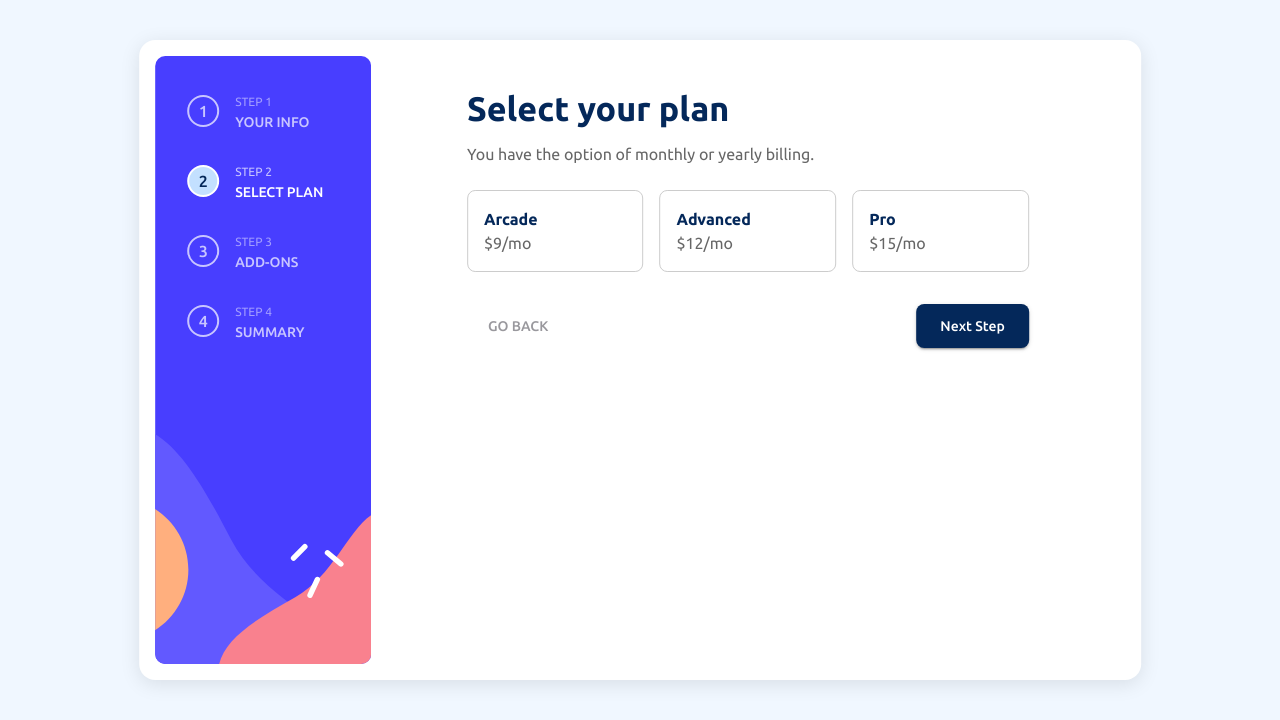
Repository: ozerrrs/chalange7days
Page: / (app in 7dayschalange/7dayschallange/), after clicking the first element matching `button.MuiButtonBase-root`
An editor plug-in stored every save of this project. The page is shown before and after the next save, followed by the edit.
The browser window is 1280 px wide. The pictures show the whole page.
The project was rebuilt for these pictures with package versions that can differ from the ones it lists, and the page was loaded fresh each time. Also part of the build but not shown: 7dayschalange/7dayschallange/vite.config.js.

Above is the page before, as saved 2025-03-05 15:19:14.

### 7dayschalange/7dayschallange/src/main.jsx
import * as React from "react";
import * as ReactDOM from "react-dom/client";
import { ThemeProvider } from "@mui/material/styles";
import { CssBaseline } from "@mui/material";
import theme from "./theme/theme";
import App from "./App";
import "./index.css";
ReactDOM.createRoot(document.getElementById("root")).render(
  <React.StrictMode>
    <ThemeProvider theme={theme}>
      <CssBaseline />
      <App />
    </ThemeProvider>
  </React.StrictMode>
);

### 7dayschalange/7dayschallange/src/theme/theme.jsx
import { createTheme } from "@mui/material/styles";

const theme = createTheme({
  typography: {
    fontFamily: "'Ubuntu', sans-serif",
    h4: {
      fontWeight: 700,
    },
    h2: {
      fontWeight: 500,
    },
  },
  components: {
    MuiCssBaseline: {
      styleOverrides: `
        body {
          background-color: #f0f7ff;
        }
      `,
    },
  },
});

export default theme;

### 7dayschalange/7dayschallange/src/App.jsx
import { Routes, Route, BrowserRouter } from "react-router-dom";
import FirstPage from "./pages/firstPage";
import "@fontsource/ubuntu/400.css"; // Regular
import "@fontsource/ubuntu/500.css"; // Medium
import "@fontsource/ubuntu/700.css"; // Bold
function App() {
  return (
    <BrowserRouter>
      <Routes>
        <Route path="/" element={<FirstPage />} />
        {/* <Route path="/about" element={<About />} />
          <Route path="/login" element={<Login />} />
          <Route path="/register" element={<Register />} /> */}
      </Routes>
    </BrowserRouter>
  );
}
export default App;

### 7dayschalange/7dayschallange/src/index.css
#root {
  height: 100vh;
  width: 100vw;
  background-color: #f0f7ff;
}

### 7dayschalange/7dayschallange/src/pages/firstPage.jsx
import React, { useState } from "react";
import {
  Box,
  TextField,
  Typography,
  Button,
  Stepper,
  Step,
  StepLabel,
  Paper,
  Container,
  Grid,
  CssBaseline,
} from "@mui/material";
import { styled, ThemeProvider } from "@mui/material/styles";
// Import the background image for the sidebar
import backgroundNav from "../assets/bg-sidebar-desktop.svg"; // Adjust the path as needed

const FormContainer = styled(Paper)(({ theme }) => ({
  padding: theme.spacing(2),
  borderRadius: 16,
  boxShadow: "0px 4px 20px rgba(0, 0, 0, 0.1)",
  display: "flex",
  overflow: "hidden",
  minWidth: 1000,
  minHeight: 640,
  margin: "0 auto",
  position: "absolute",
  top: "50%",
  left: "50%",
  transform: "translate(-50%, -50%)",
}));

const SideBar = styled(Box)(({ theme }) => ({
  padding: theme.spacing(4),
  borderRadius: "10px 10px 10px 10px",
  color: "white",
  width: 274,
  position: "relative",
  overflow: "hidden",
  background: "none",
  minHeight: 568,
}));

const ContentArea = styled(Box)(({ theme }) => ({
  paddingLeft: theme.spacing(12),
  paddingRight: theme.spacing(12),
  paddingTop: theme.spacing(4),
  paddingBottom: theme.spacing(4),
  width: "100%",
}));

const NextButton = styled(Button)(({ theme }) => ({
  backgroundColor: "#04285a",
  color: "white",
  borderRadius: 8,
  padding: "10px 24px",
  textTransform: "none", // This prevents uppercase text

  "&:hover": {
    backgroundColor: "#172b4d",
  },
}));
const StyledTextField = styled(TextField)(({ theme }) => ({
  marginBottom: theme.spacing(2),
  "& .MuiOutlinedInput-root": {
    borderRadius: "10px",
    "& fieldset": {
      borderRadius: "10px",
    },
  },
}));

const StepNumber = styled(Box)(({ theme, active }) => ({
  width: 32,
  height: 32,
  borderRadius: "50%",
  border: "2px solid white",
  display: "flex",
  alignItems: "center",
  justifyContent: "center",
  marginRight: theme.spacing(2),
  backgroundColor: active ? "#c3e0ff" : "transparent", // Blue background when active
  color: active ? "#04285a" : "white",
  fontWeight: 500,
}));

const StepItem = styled(Box)(({ theme, active }) => ({
  display: "flex",
  alignItems: "center",
  marginBottom: theme.spacing(3),
  opacity: active ? 1 : 0.7,
}));

const steps = [
  { label: "YOUR INFO", description: "Personal details" },
  { label: "SELECT PLAN", description: "Choose your plan" },
  { label: "ADD-ONS", description: "Add extra features" },
  { label: "SUMMARY", description: "Review your order" },
];

function MultiStepForm() {
  const [activeStep, setActiveStep] = useState(0);
  const [formData, setFormData] = useState({
    name: "",
    email: "",
    phone: "",
  });

  const handleInputChange = (e) => {
    const { name, value } = e.target;
    setFormData({
      ...formData,
      [name]: value,
    });
  };

  const handleNext = () => {
    setActiveStep((prevActiveStep) => prevActiveStep + 1);
  };

  const handleBack = () => {
    setActiveStep((prevActiveStep) => prevActiveStep - 1);
  };

  const getStepContent = (step) => {
    switch (step) {
      case 0:
        return (
          <Box>
            <Typography
              variant="h4"
              gutterBottom
              fontWeight="bold"
              sx={{ color: "#04285a" }}
            >
              Personal info
            </Typography>
            <Typography color="textSecondary" paragraph>
              Please provide your name, email address, and phone number.
            </Typography>

            <Box mt={3}>
              <Typography fontWeight={500} mb={1} sx={{ color: "#04285a" }}>
                Name
              </Typography>
              <StyledTextField
                fullWidth
                placeholder="e.g. Stephen King"
                name="name"
                value={formData.name}
                onChange={handleInputChange}
                variant="outlined"
              />

              <Typography fontWeight={500} mb={1} sx={{ color: "#04285a" }}>
                Email Address
              </Typography>

              <StyledTextField
                fullWidth
                placeholder="e.g. stephenking@lorem.com"
                name="email"
                value={formData.email}
                onChange={handleInputChange}
                variant="outlined"
              />

              <Typography fontWeight={500} mb={1} sx={{ color: "#04285a" }}>
                Phone Number
              </Typography>

              <StyledTextField
                fullWidth
                placeholder="e.g. +1 234 567 890"
                name="phone"
                value={formData.phone}
                onChange={handleInputChange}
                variant="outlined"
                sx={{ mb: 8 }}
              />
            </Box>
          </Box>
        );
      case 1:
        return (
          <Box>
            <Typography
              variant="h4"
              gutterBottom
              fontWeight="bold"
              sx={{ color: "#04285a" }}
            >
              Select your plan
            </Typography>
            <Typography color="textSecondary" paragraph>
              You have the option of monthly or yearly billing.
            </Typography>

            {/* Plan selection content will go here */}
            <Box mt={3} sx={{ display: "flex", gap: 2 }}>
              {/* Example plan cards would go here */}
              <Box
                sx={{
                  p: 2,
                  borderRadius: 2,
                  flex: 1,
                  border: "1px solid #ccc",
                }}
              >
                <Typography fontWeight="bold" sx={{ color: "#04285a" }}>
                  Arcade
                </Typography>
                <Typography color="textSecondary">$9/mo</Typography>
              </Box>

              <Box
                sx={{
                  p: 2,
                  borderRadius: 2,
                  flex: 1,
                  border: "1px solid #ccc",
                }}
              >
                <Typography fontWeight="bold" sx={{ color: "#04285a" }}>
                  Advanced
                </Typography>
                <Typography color="textSecondary">$12/mo</Typography>
              </Box>

              <Box
                sx={{
                  p: 2,
                  borderRadius: 2,
                  flex: 1,
                  border: "1px solid #ccc",
                }}
              >
                <Typography fontWeight="bold" sx={{ color: "#04285a" }}>
                  Pro
                </Typography>
                <Typography color="textSecondary">$15/mo</Typography>
              </Box>
            </Box>
          </Box>
        );
      case 2:
        return (
          <Box>
            <Typography
              variant="h4"
              gutterBottom
              fontWeight="bold"
              sx={{ color: "#04285a" }}
            >
              Pick add-ons
            </Typography>
            <Typography color="textSecondary" paragraph>
              Add-ons help enhance your gaming experience.
            </Typography>
          </Box>
        );
      case 3:
        return (
          <Box>
            <Typography
              variant="h4"
              gutterBottom
              fontWeight="bold"
              sx={{ color: "#04285a" }}
            >
              Summary
            </Typography>
            <Typography color="textSecondary" paragraph>
              Please confirm your selections.
            </Typography>
          </Box>
        );
      default:
        return "Unknown step";
    }
  };

  return (
    <FormContainer>
      <SideBar>
        <Box
          sx={{
            position: "absolute",
            top: 0,
            left: 0,
            width: "100%",
            height: "100%",
            zIndex: 0,
          }}
        >
          <img
            src={backgroundNav}
            alt="background"
            style={{ width: "100%", height: "100%", objectFit: "cover" }}
          />
        </Box>
        <Box sx={{ position: "relative", zIndex: 1 }}>
          {steps.map((step, index) => (
            <StepItem key={index} active={activeStep === index}>
              <StepNumber active={activeStep === index}>{index + 1}</StepNumber>

              <Box>
                <Typography variant="caption" sx={{ opacity: 0.7 }}>
                  STEP {index + 1}
                </Typography>
                <Typography variant="subtitle2">{step.label}</Typography>
              </Box>
            </StepItem>
          ))}
        </Box>
      </SideBar>

      <ContentArea>
        {getStepContent(activeStep)}

        <Box sx={{ display: "flex", justifyContent: "flex-end", mt: 4 }}>
          {activeStep !== 0 && (
            <Button onClick={handleBack} sx={{ mr: 45, color: "#99989d" }}>
              Go Back
            </Button>
          )}
          <NextButton variant="contained" onClick={handleNext}>
            Next Step
          </NextButton>
        </Box>
      </ContentArea>
    </FormContainer>
  );
}

export default MultiStepForm;

Loaded but not shown: 7dayschalange/7dayschallange/index.html (common file)

After the next save:
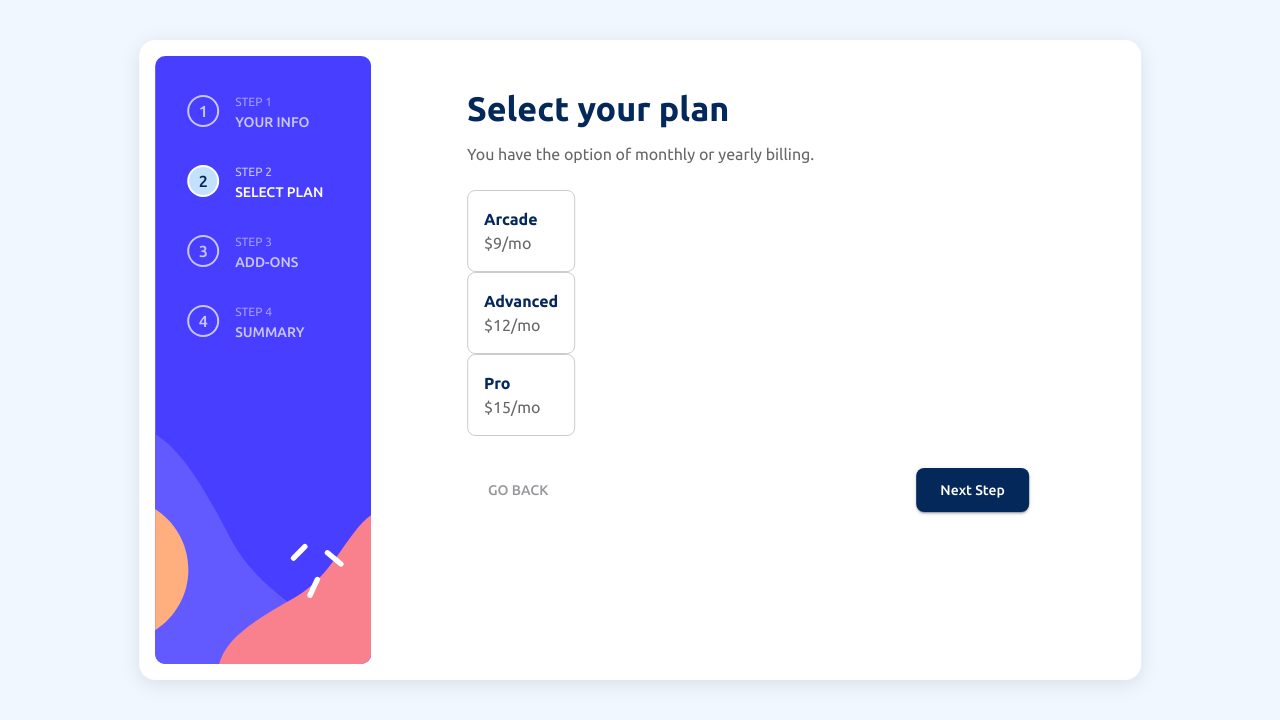
Saved 3 min 38 s later.
--- a/7dayschalange/7dayschallange/src/pages/firstPage.jsx
+++ b/7dayschalange/7dayschallange/src/pages/firstPage.jsx
@@ -11,6 +11,7 @@ import {
   Container,
   Grid,
   CssBaseline,
+  RadioGroup,
 } from "@mui/material";
 import { styled, ThemeProvider } from "@mui/material/styles";
 // Import the background image for the sidebar
@@ -200,47 +201,49 @@ function MultiStepForm() {
             {/* Plan selection content will go here */}
             <Box mt={3} sx={{ display: "flex", gap: 2 }}>
               {/* Example plan cards would go here */}
-              <Box
-                sx={{
-                  p: 2,
-                  borderRadius: 2,
-                  flex: 1,
-                  border: "1px solid #ccc",
-                }}
-              >
-                <Typography fontWeight="bold" sx={{ color: "#04285a" }}>
-                  Arcade
-                </Typography>
-                <Typography color="textSecondary">$9/mo</Typography>
-              </Box>
-
-              <Box
-                sx={{
-                  p: 2,
-                  borderRadius: 2,
-                  flex: 1,
-                  border: "1px solid #ccc",
-                }}
-              >
-                <Typography fontWeight="bold" sx={{ color: "#04285a" }}>
-                  Advanced
-                </Typography>
-                <Typography color="textSecondary">$12/mo</Typography>
-              </Box>
-
-              <Box
-                sx={{
-                  p: 2,
-                  borderRadius: 2,
-                  flex: 1,
-                  border: "1px solid #ccc",
-                }}
-              >
-                <Typography fontWeight="bold" sx={{ color: "#04285a" }}>
-                  Pro
-                </Typography>
-                <Typography color="textSecondary">$15/mo</Typography>
-              </Box>
+              <RadioGroup>
+                <Box
+                  sx={{
+                    p: 2,
+                    borderRadius: 2,
+                    flex: 1,
+                    border: "1px solid #ccc",
+                  }}
+                >
+                  <Typography fontWeight="bold" sx={{ color: "#04285a" }}>
+                    Arcade
+                  </Typography>
+                  <Typography color="textSecondary">$9/mo</Typography>
+                </Box>
+
+                <Box
+                  sx={{
+                    p: 2,
+                    borderRadius: 2,
+                    flex: 1,
+                    border: "1px solid #ccc",
+                  }}
+                >
+                  <Typography fontWeight="bold" sx={{ color: "#04285a" }}>
+                    Advanced
+                  </Typography>
+                  <Typography color="textSecondary">$12/mo</Typography>
+                </Box>
+
+                <Box
+                  sx={{
+                    p: 2,
+                    borderRadius: 2,
+                    flex: 1,
+                    border: "1px solid #ccc",
+                  }}
+                >
+                  <Typography fontWeight="bold" sx={{ color: "#04285a" }}>
+                    Pro
+                  </Typography>
+                  <Typography color="textSecondary">$15/mo</Typography>
+                </Box>
+              </RadioGroup>
             </Box>
           </Box>
         );
